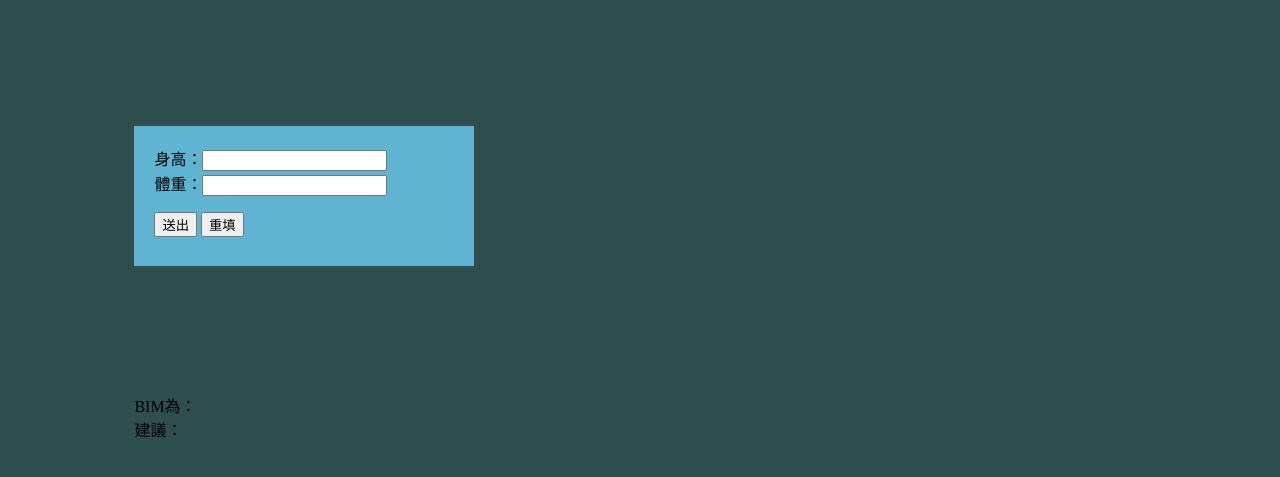
Repository: Digi-Duck/cybercube
Page: 12- 張雅婷/1117-bmi.html
These files come from the project's save history. The page is drawn as it stood at one moment and after the next save; the edit follows.
The browser window is 1280 px wide. The pictures show the whole page.

Above is the page before, as saved 2022-11-24 13:50:18.

### 12- 張雅婷/1117-bmi.html
<!DOCTYPE html>
<html lang="en">

<head>
    <meta charset="UTF-8">
    <meta http-equiv="X-UA-Compatible" content="IE=edge">
    <meta name="viewport" content="width=device-width, initial-scale=1.0">
    <title>Document</title>
    <link rel="stylesheet" href="bmi.css">
</head>

<body>
    <!DOCTYPE html>
<html lang="en">

<head>
    <meta charset="UTF-8">
    <meta http-equiv="X-UA-Compatible" content="IE=edge">
    <meta name="viewport" content="width=device-width, initial-scale=1.0">
    <title>Document</title>
</head>

<body>
    <div class="bmi_input">
        <div class="input">
            身高：<input type="text" id="height" >
        </div>
        <div class="input">
            體重：<input type="text" id="weight">
       <p></p>
            <div class="btns">
                <button id="cal" >送出</button>
                <button type="reset">重填</button>
            </div>
        </div>
    </div>
    <div class="bmi_output act">
        <div id="bmi_num">BIM為：</div>
        <div id="bmi_tips">建議：</div>
    </div>

</body>
<!-- <div class="input">
        身高：<input type="text" id="tell" >
        體重：<input type="text" id="heavy">
   <p></p>
        <div class="btns">
            <input name="" value="送出"></input>
            <button type="reset">重填</button>
        </div>
    </div>
</div>
<div class="bmi">
    <div id="bminum">BIM為：</div>
    <div id="bmitips">建議：</div>
</div> -->

    <!-- <script type="text/javascript">
        function () {
            var tall = document.querySelector('.cm');
            var heavy = document.querySelector('.kg');
            var bmi = ;

        }
        function bmi(tall, heavy) {
            var bmi = (heavy % (tall * tall))
        }
        if((tall!="")&(heavy!="")){
            bmi.style.display="block";

        } -->


</html>

### 12- 張雅婷/bmi.css
.bmi_input{
    width: 300px;
    height: 100px;
    margin: 10%;
    align-items: center;
    background-color: #5fb5d1;
    padding: 20px;
    color: black;
}

.bmi_output.act{
    opacity:1;
    margin: 10%;
    align-items: center;
}
body{
    background-color: darkslategray;
}

After the next save:
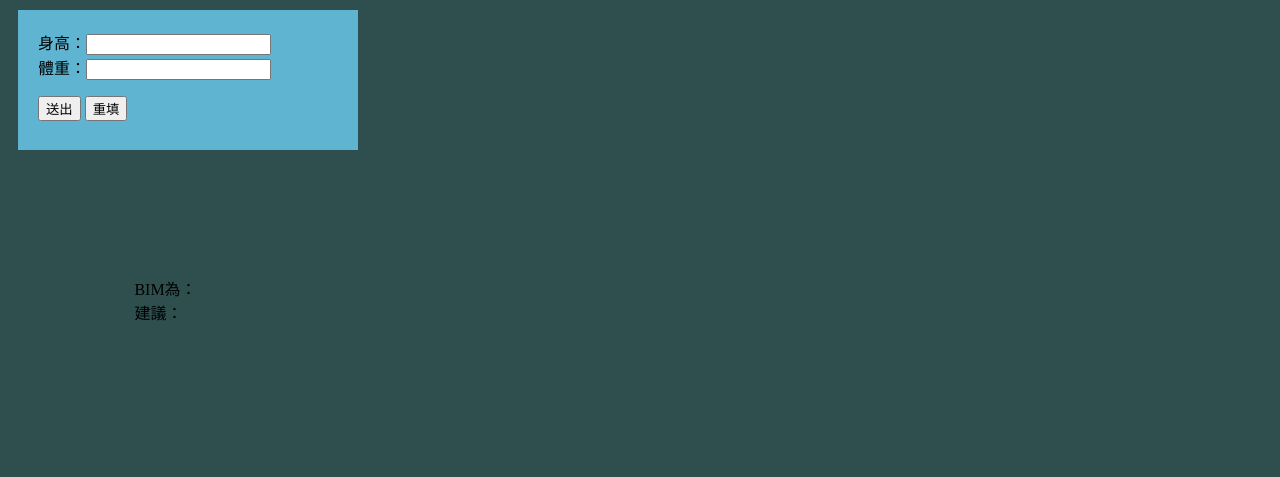
Saved 94 s later.
--- a/12- 張雅婷/bmi.css
+++ b/12- 張雅婷/bmi.css
@@ -1,7 +1,7 @@
 .bmi_input{
     width: 300px;
     height: 100px;
-    margin: 10%;
+    margin: 10px;
     align-items: center;
     background-color: #5fb5d1;
     padding: 20px;
